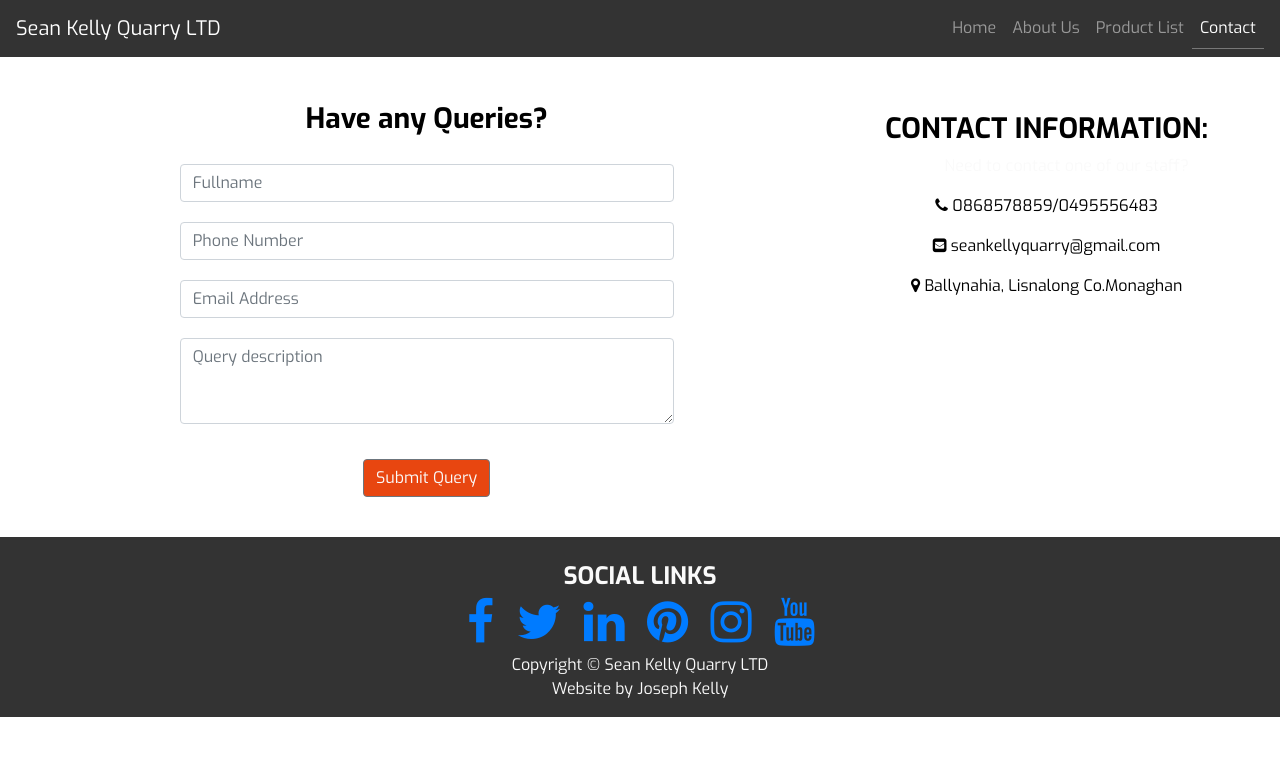
Repository: Code-Institute-Submissions/Sean-Kelly-Quarry
Page: contact.html
The author's editor kept a record of every edit. The page is drawn from the files as they stood at one moment, then again after the next edit.
The browser window is 1280 px wide. The pictures show the whole page.

Above is the page before.

After the next edit:
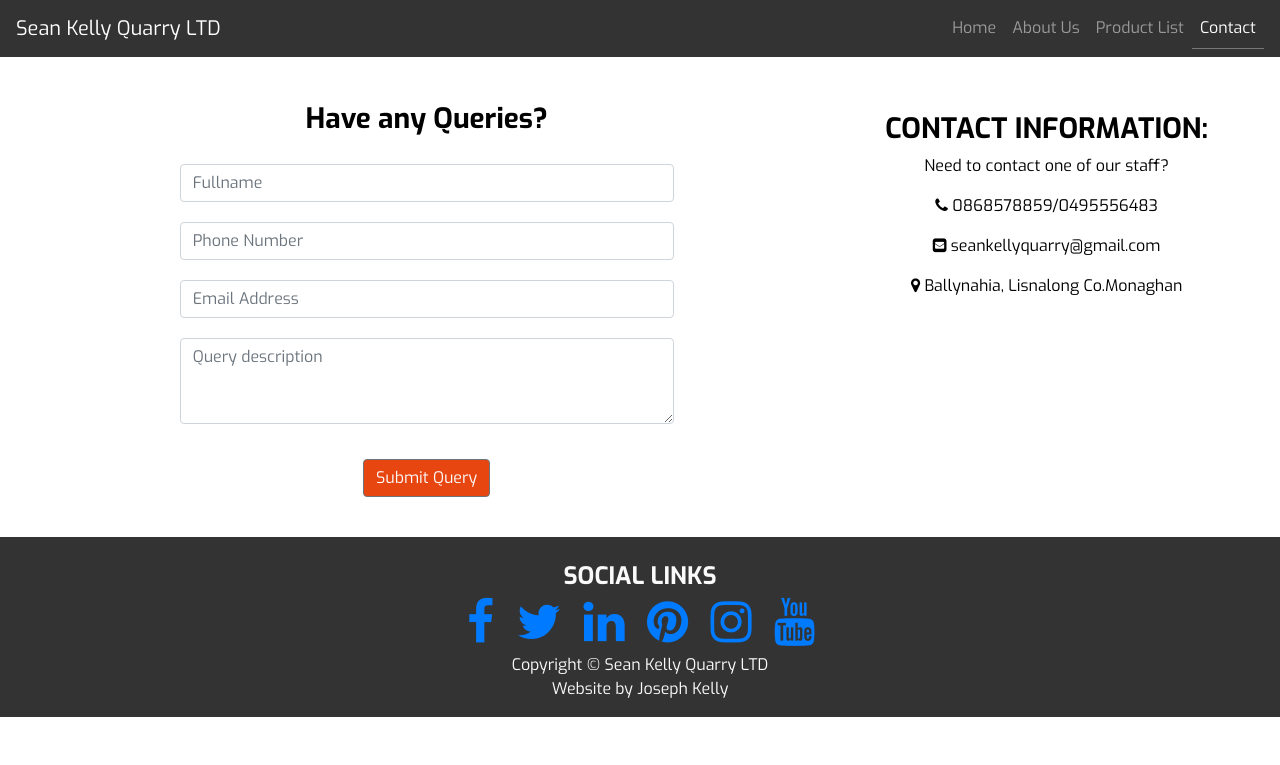
The edit:
--- a/contact.html
+++ b/contact.html
@@ -52,7 +52,7 @@
                  </div>
                  <div class="col-md-4">
                     <h3 class="uppercase contact-info">Contact information:</h3>
-                    <p class="inline-block">
+                    <p class="contact-details">
                         Need to contact one of our staff?
                     </p>
                     <p class="contact-details"><i class="fa fa-phone"></i>  0868578859/0495556483</p>
